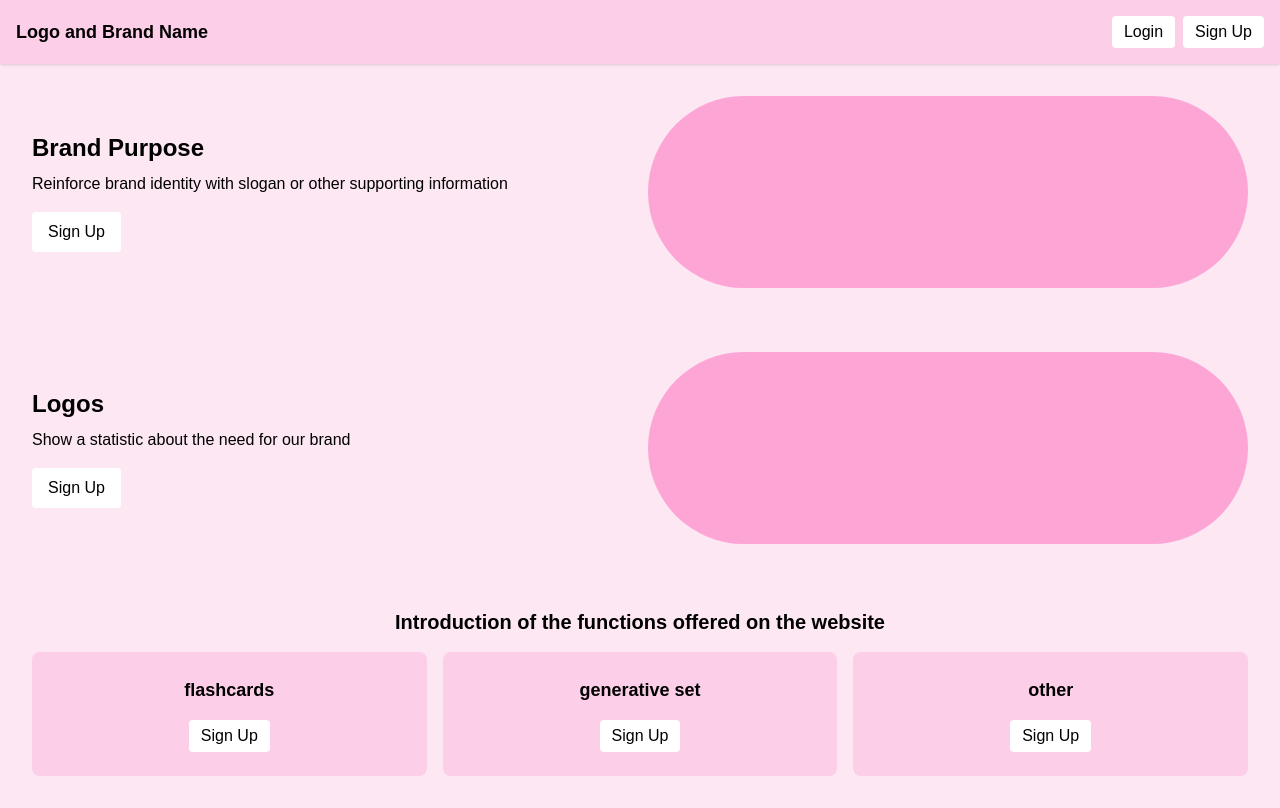
Repository: greg-chang/flashcard-website
Page: / (app in frontend/)
An editor plug-in stored every save of this project. The page is shown before and after the next save, followed by the edit.
The browser window is 1280 px wide. The pictures show the whole page.
The page's requests for data from a server got no answer. The project was rebuilt for these pictures with package versions that can differ from the ones it lists, and the page was loaded fresh each time. Some packages were replaced by stand-ins written for this rebuild. The framework's server and built-in components were replaced by stand-ins that run in the browser. No one was signed in, and anything a server would have sent is missing. Also part of the build but not shown: frontend/next.config.ts, frontend/src/app/components/CardComponent.tsx, frontend/src/app/components/UserInterface.tsx.

Above is the page before, as saved 2025-05-29 17:02:21.

After the next save:
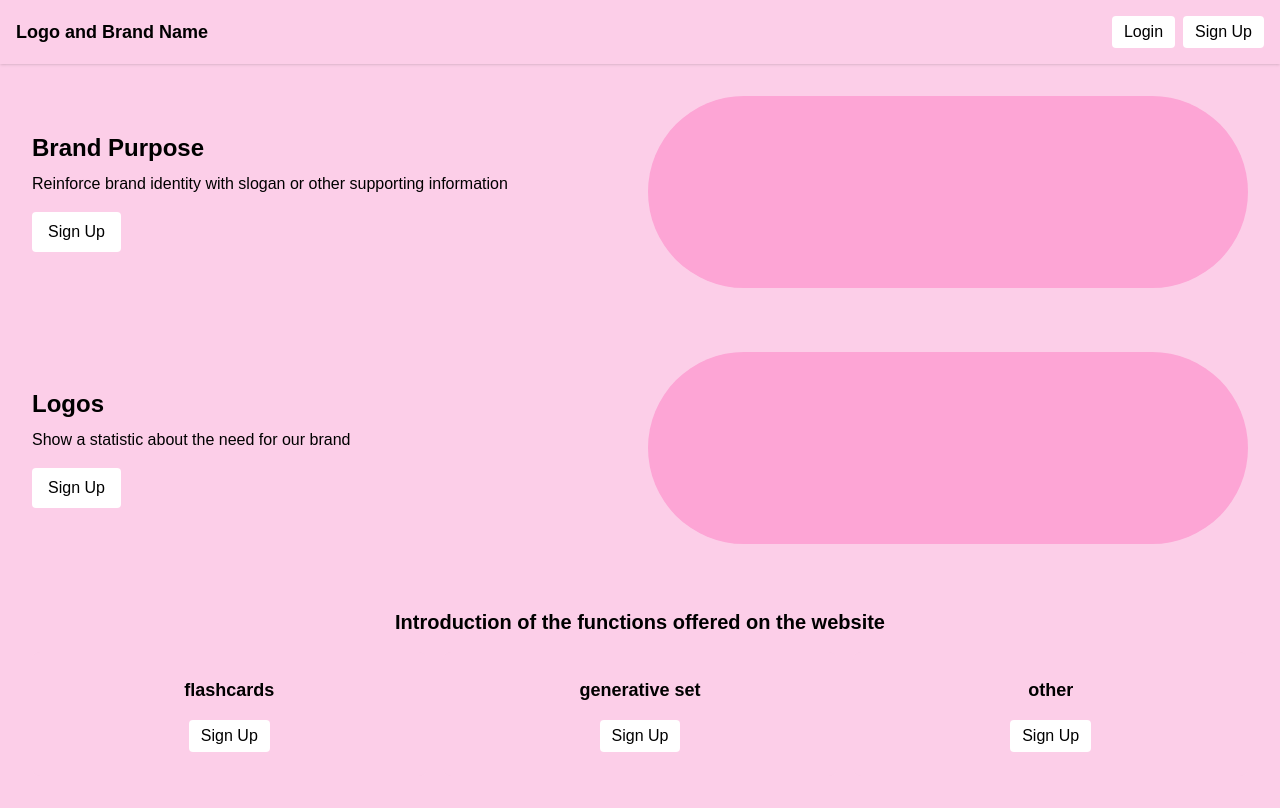
Saved 37 min 56 s later.
--- a/frontend/src/app/components/Homepage.tsx
+++ b/frontend/src/app/components/Homepage.tsx
@@ -3,7 +3,8 @@ import { SignUpButton, SignInButton } from '@clerk/nextjs';
 
 export default function Homepage() {
   return (
-    <div className="min-h-screen bg-pink-100 text-black">
+    // https://tailwindcss.com/docs/styling-with-utility-classes
+    <div className="min-h-screen bg-pink-200 text-black">
       {/* Header */}
       <header className="flex justify-between items-center p-4 bg-pink-200 shadow">
         <h1 className="text-lg font-semibold">Logo and Brand Name</h1>
